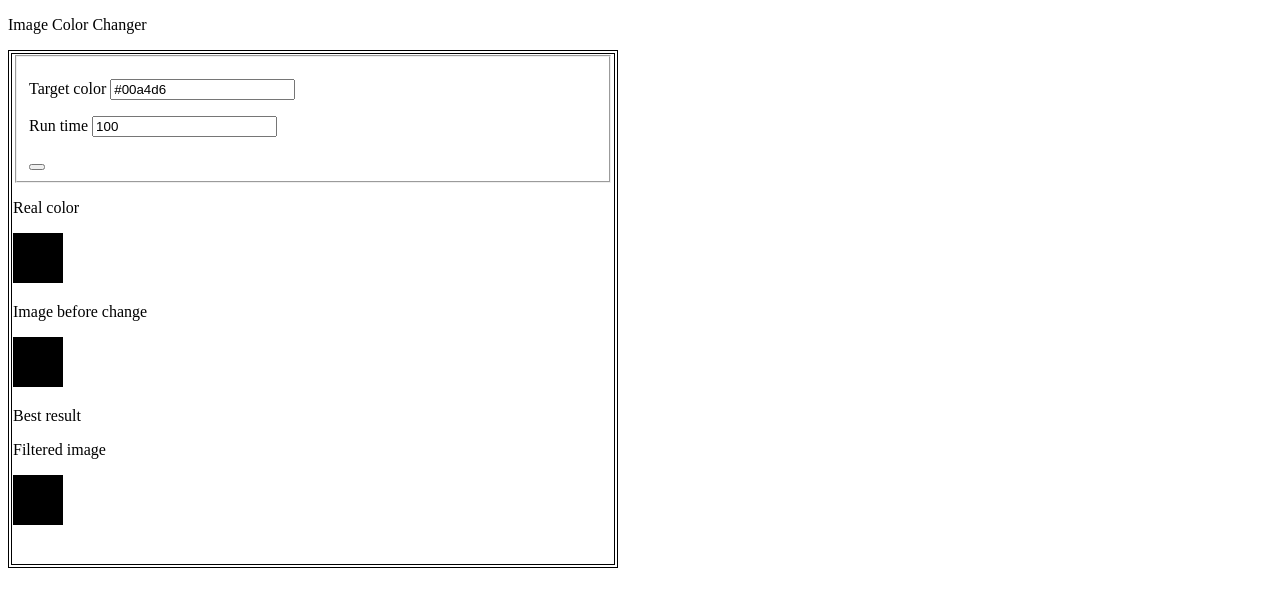
Repository: Kevilstark/image-color-changer
Page: index.html
The author's editor kept a copy of each file at every save. The page is drawn from the files as they stood at one save, then again after a run of saves.
The browser window is 1280 px wide. The pictures show the whole page.
Some web libraries are served in a nearby version.

Above is the page before, as saved 2022-06-07 13:30:23.

After the next 3 saves:
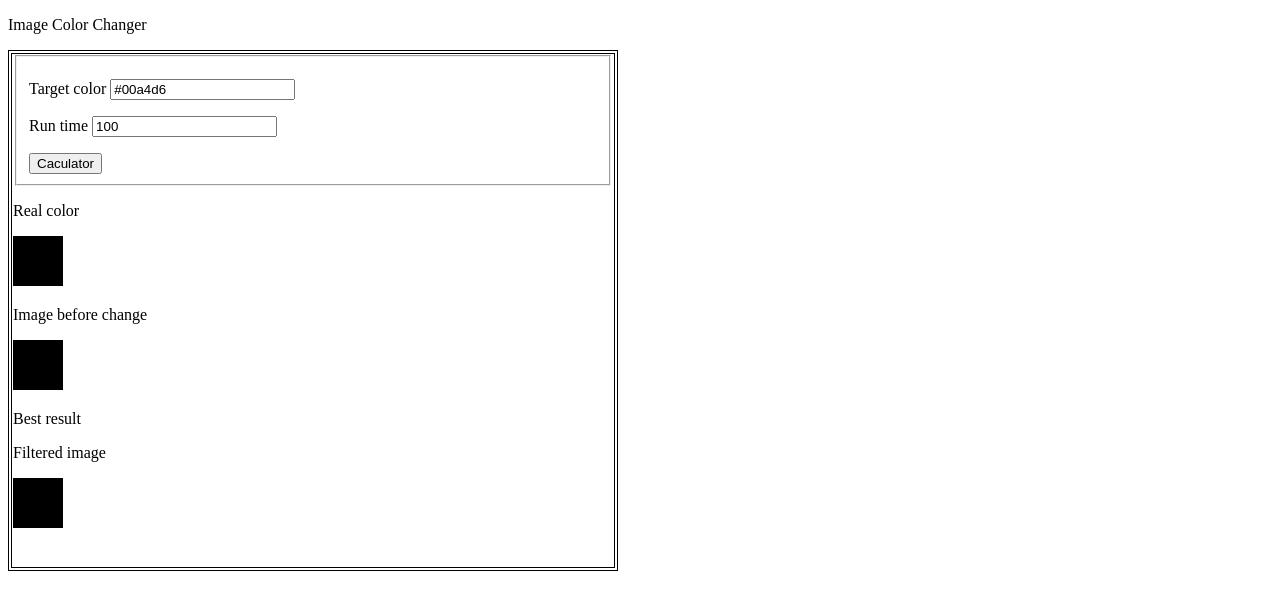
The 3 saves are shown as one change because they came seconds apart.
The last was saved 12 s later.
--- a/index.html
+++ b/index.html
@@ -19,7 +19,7 @@
                         <p>
                             <label>Run time</label> <input class="time-tried" type="number" placeholder="run time" value="100"/>
                       </p>
-                        <button class="execute"></button>
+                        <button class="execute">Caculator</button>
                     </fieldset>
                     <p>Real color</p>
                     <div class="pixel realPixel"></div>
